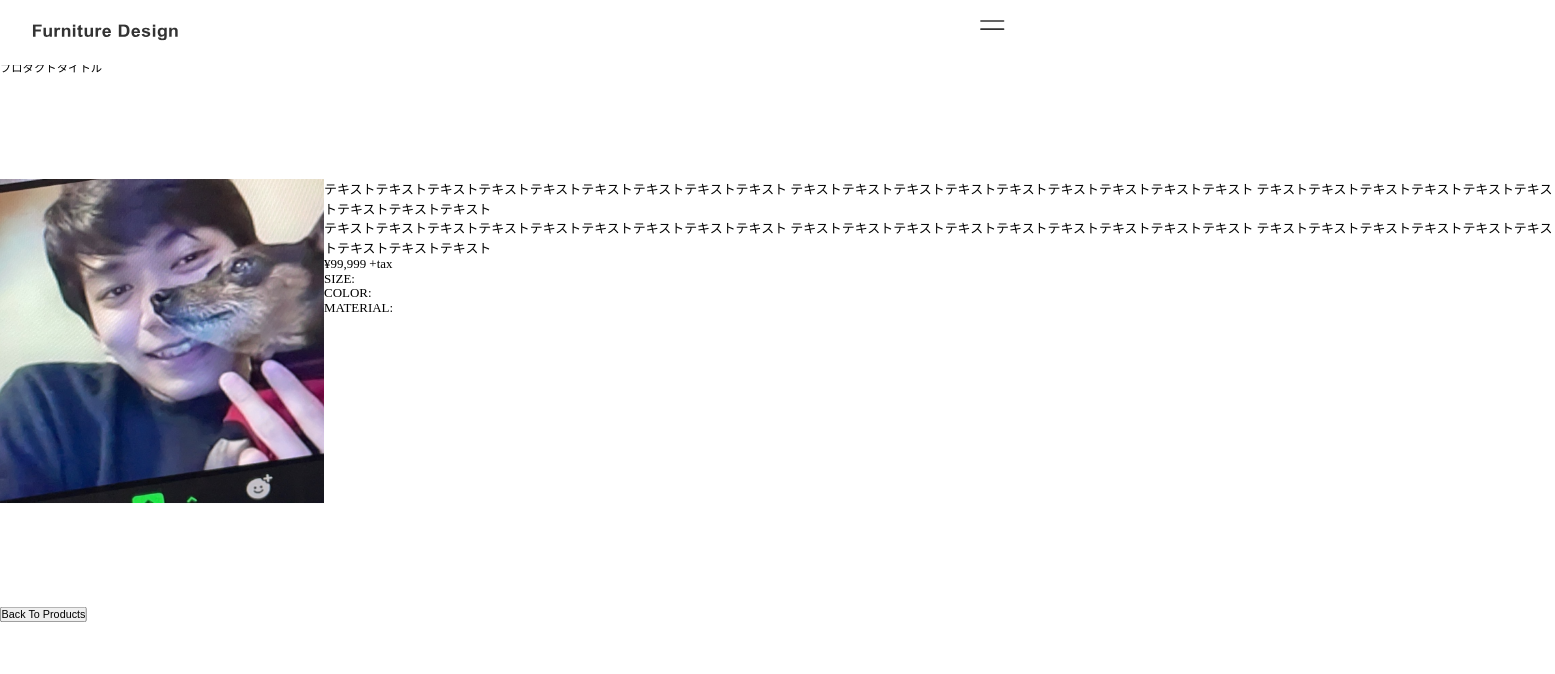
Repository: kohei23n/tenfeet
Page: menbers2/index.html
An editor plug-in stored every save of this project. The page is shown before and after the next save, followed by the edit.
The browser window is 1280 px wide. The page is 1920 px wide, so the pictures cover 1920 px, including what lies to the right of the window. The pictures show the whole page, at 81% of full size.

Above is the page before, as saved 2022-02-08 21:53:43.

After the next save:
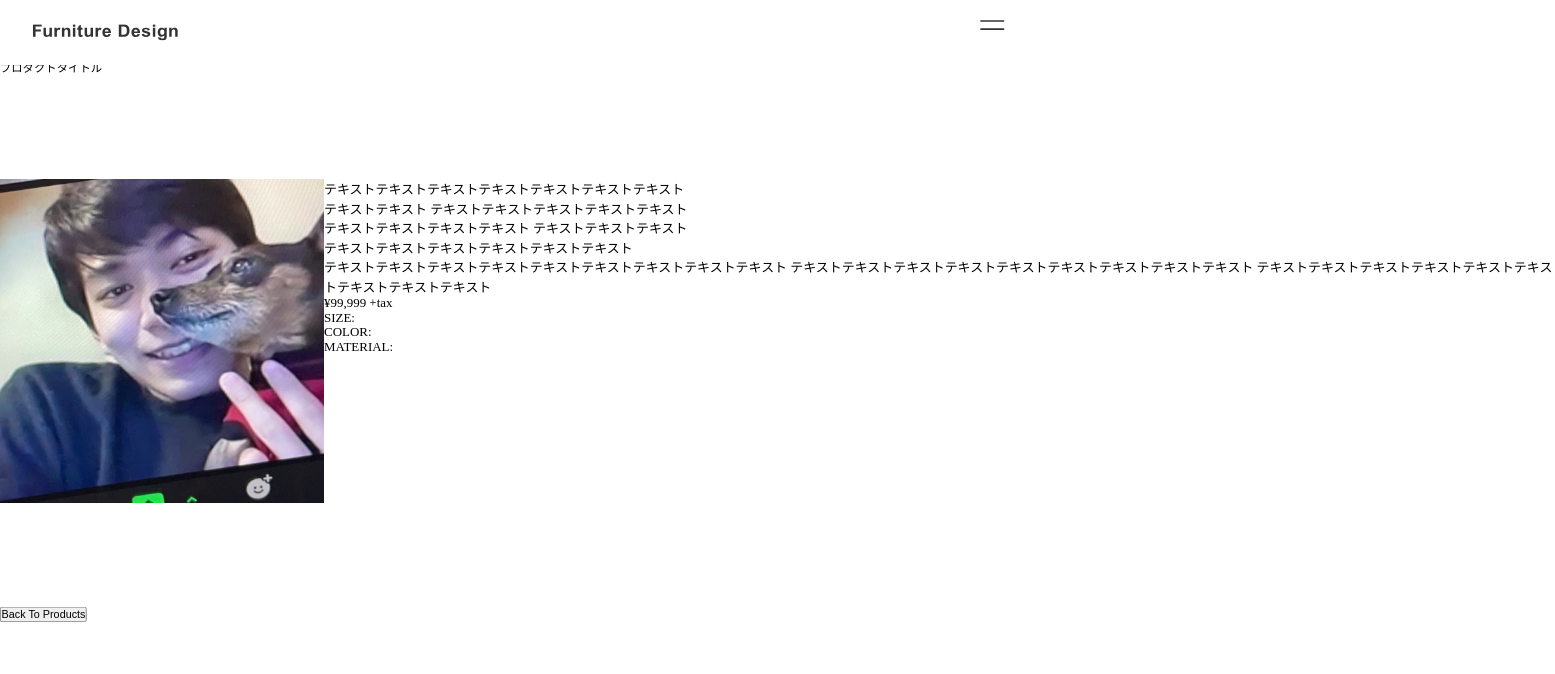
Saved 6 s later.
--- a/menbers2/menbers2.css
+++ b/menbers2/menbers2.css
@@ -121,5 +121,7 @@ img {
 }
 
 .content1{
-    width: ;
+    width: 30%;
 }
+
+.
